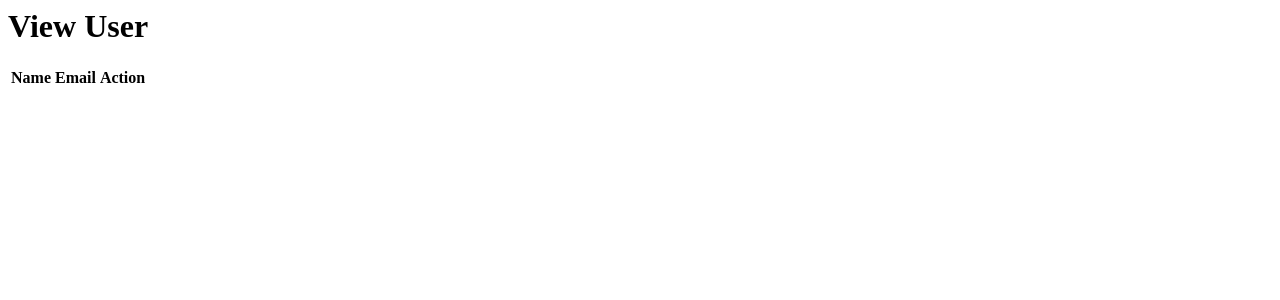
Repository: rajesh2058/2024JAVA
Page: http://localhost/hello/day6userview.jsp
These files come from the project's save history. The page is drawn as it stood at one moment and after the next save; the edit follows.
The browser window is 1280 px wide. The pictures show the whole page.
The page is served by Tomcat 9. The session is filled in as if someone had signed in: {"NAME": "Test User"}. Queries for data that is not in the repository find no rows.

Above is the page before, as saved 2024-12-06 03:22:06.

### JSP/hello/src/main/webapp/day6userview.jsp
<%@ page import="java.sql.*" %>
<h1>View User</h1>
<table>
<tr><th>Name</th><th>Email</th><th>Action</th></tr>
<%
	try {
Class.forName("com.mysql.jdbc.Driver");
Connection con=DriverManager.getConnection("jdbc:mysql://localhost/test","root","");
PreparedStatement pre=con.prepareStatement("select * from user");
ResultSet rs=pre.executeQuery();
while(rs.next()) {
%>
	<tr><td><%=rs.getString("NAME") %></td><td><%=rs.getString("EMAIL") %></td>
	<td><a href="day6edituser.jsp?id=<%=rs.getString("ID") %>">Edit</a>
		|
		<a href="day6deleteuser.jsp?id=<%=rs.getString("ID") %>">Delete</a>
	</td>
	</tr>
<%

}
rs.close();
pre.close();
	} catch(Exception e) {
			e.printStackTrace();
		}

%>
</table>

After the next save:
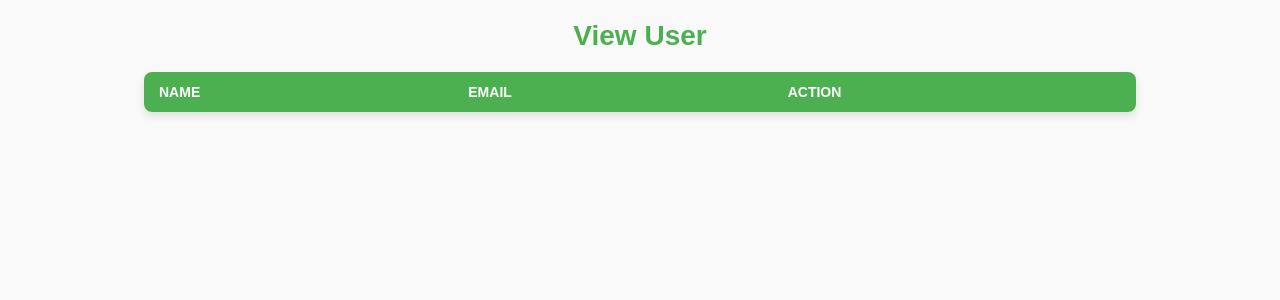
Saved 66 s later.
--- a/JSP/hello/src/main/webapp/day6userview.jsp
+++ b/JSP/hello/src/main/webapp/day6userview.jsp
@@ -1,29 +1,110 @@
 <%@ page import="java.sql.*" %>
+
+<style>
+    /* General Page Styles */
+    body {
+        font-family: Arial, sans-serif;
+        background-color: #f9f9f9;
+        margin: 0;
+        padding: 20px;
+    }
+
+    h1 {
+        text-align: center;
+        color: #4CAF50;
+        font-size: 28px;
+        margin-bottom: 20px;
+    }
+
+    /* Table Styles */
+    table {
+        width: 80%;
+        margin: 0 auto;
+        border-collapse: collapse;
+        background: #fff;
+        box-shadow: 0 4px 8px rgba(0, 0, 0, 0.1);
+        border-radius: 8px;
+        overflow: hidden;
+    }
+
+    th, td {
+        padding: 12px 15px;
+        text-align: left;
+    }
+
+    th {
+        background-color: #4CAF50;
+        color: white;
+        font-weight: bold;
+        text-transform: uppercase;
+        font-size: 14px;
+    }
+
+    tr:nth-child(even) {
+        background-color: #f2f2f2;
+    }
+
+    tr:hover {
+        background-color: #e8f5e9;
+    }
+
+    td a {
+        text-decoration: none;
+        color: #2196F3;
+        font-weight: bold;
+        transition: color 0.3s ease;
+    }
+
+    td a:hover {
+        color: #1565C0;
+    }
+
+    /* Responsive Design */
+    @media (max-width: 768px) {
+        table {
+            width: 100%;
+        }
+
+        th, td {
+            font-size: 12px;
+            padding: 10px;
+        }
+
+        h1 {
+            font-size: 24px;
+        }
+    }
+</style>
+
 <h1>View User</h1>
 <table>
-<tr><th>Name</th><th>Email</th><th>Action</th></tr>
-<%
-	try {
-Class.forName("com.mysql.jdbc.Driver");
-Connection con=DriverManager.getConnection("jdbc:mysql://localhost/test","root","");
-PreparedStatement pre=con.prepareStatement("select * from user");
-ResultSet rs=pre.executeQuery();
-while(rs.next()) {
-%>
-	<tr><td><%=rs.getString("NAME") %></td><td><%=rs.getString("EMAIL") %></td>
-	<td><a href="day6edituser.jsp?id=<%=rs.getString("ID") %>">Edit</a>
-		|
-		<a href="day6deleteuser.jsp?id=<%=rs.getString("ID") %>">Delete</a>
-	</td>
-	</tr>
-<%
-
-}
-rs.close();
-pre.close();
-	} catch(Exception e) {
-			e.printStackTrace();
-		}
-
-%>
+    <tr>
+        <th>Name</th>
+        <th>Email</th>
+        <th>Action</th>
+    </tr>
+    <%
+        try {
+            Class.forName("com.mysql.jdbc.Driver");
+            Connection con = DriverManager.getConnection("jdbc:mysql://localhost/test", "root", "");
+            PreparedStatement pre = con.prepareStatement("select * from user");
+            ResultSet rs = pre.executeQuery();
+            while (rs.next()) {
+    %>
+    <tr>
+        <td><%= rs.getString("NAME") %></td>
+        <td><%= rs.getString("EMAIL") %></td>
+        <td>
+            <a href="day6edituser.jsp?id=<%= rs.getString("ID") %>">Edit</a> |
+            <a href="day6deleteuser.jsp?id=<%= rs.getString("ID") %>">Delete</a>
+        </td>
+    </tr>
+    <%
+            }
+            rs.close();
+            pre.close();
+        } catch (Exception e) {
+            e.printStackTrace();
+        }
+    %>
 </table>
